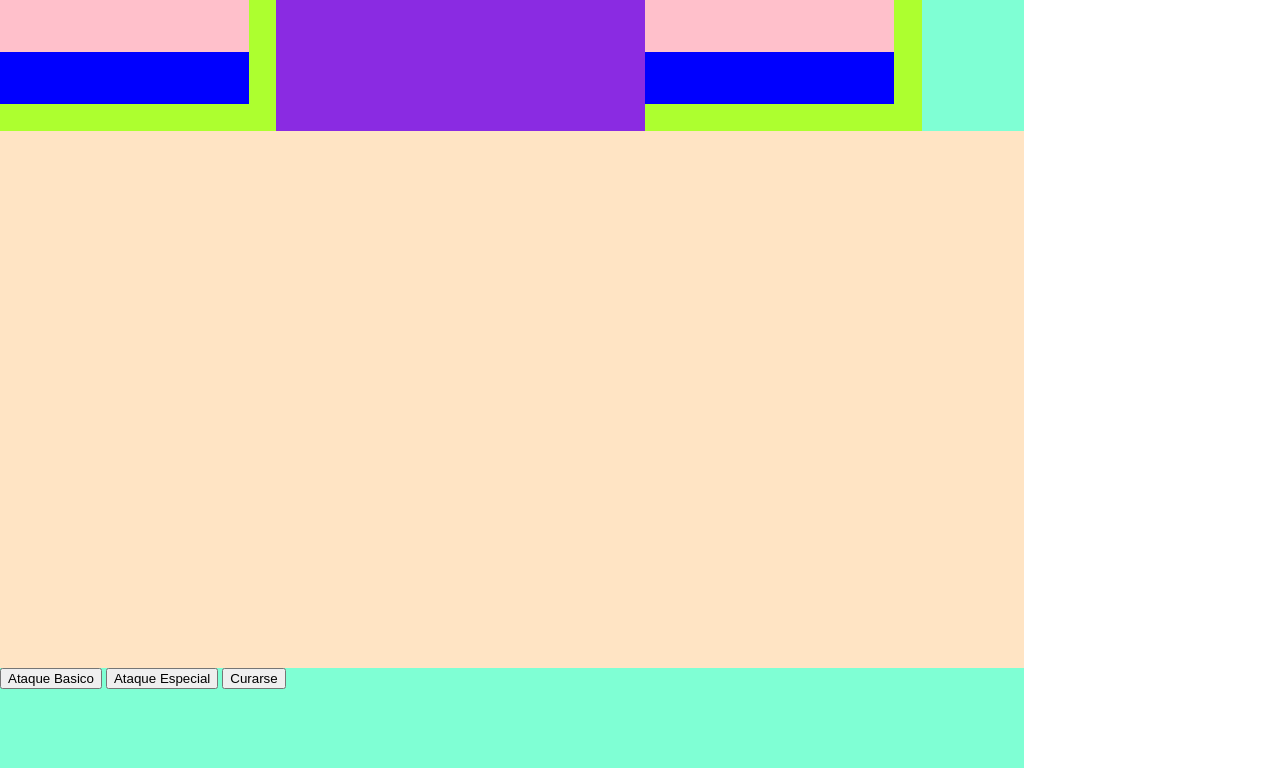
Repository: NovaDuel/novaduel-game
Page: index.html
These files come from the project's save history. The page is drawn as it stood at one moment and after the next save; the edit follows.
The browser window is 1280 px wide. The pictures show the whole page.

Above is the page before, as saved 2024-03-25 09:49:58.

After the next save:
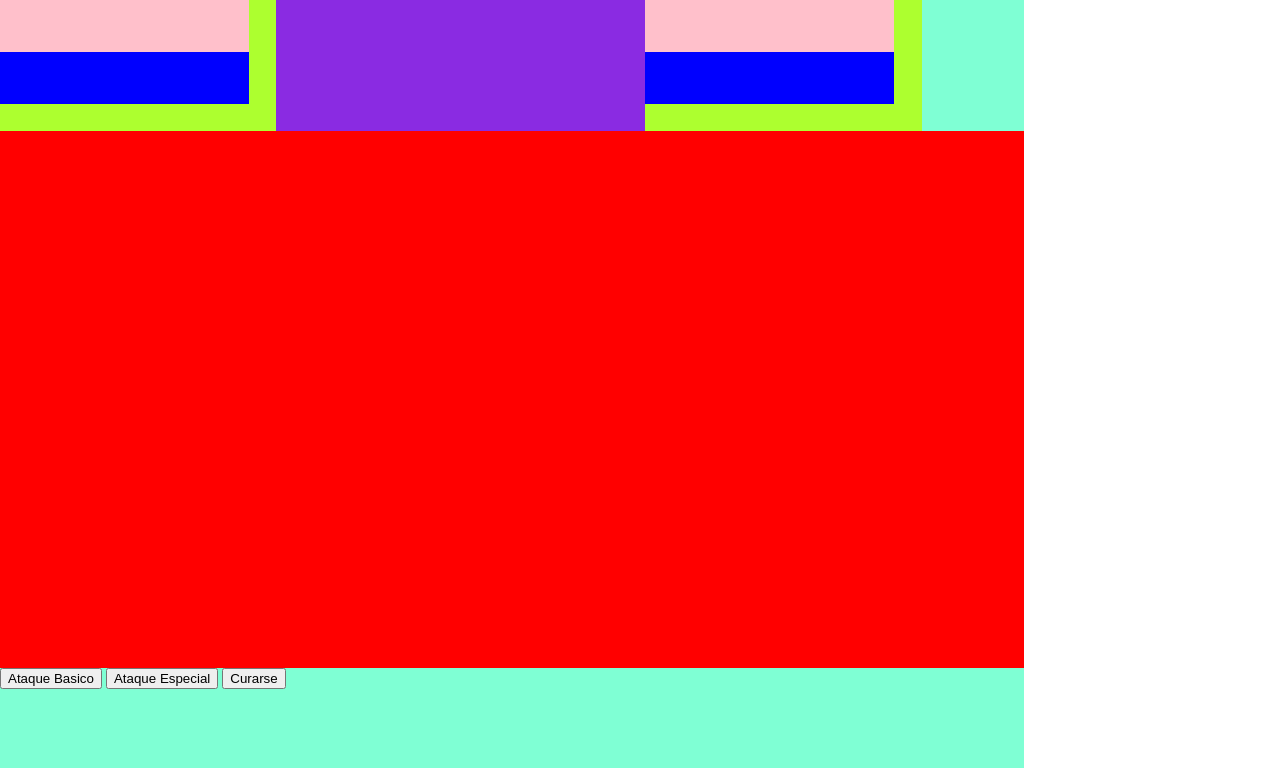
Saved 7 s later.
--- a/style.css
+++ b/style.css
@@ -38,5 +38,5 @@ body {
 #characters {
     width: 100%;
     height: 70%;
-    background-color: bisque;
+    background-color: red;
 }
